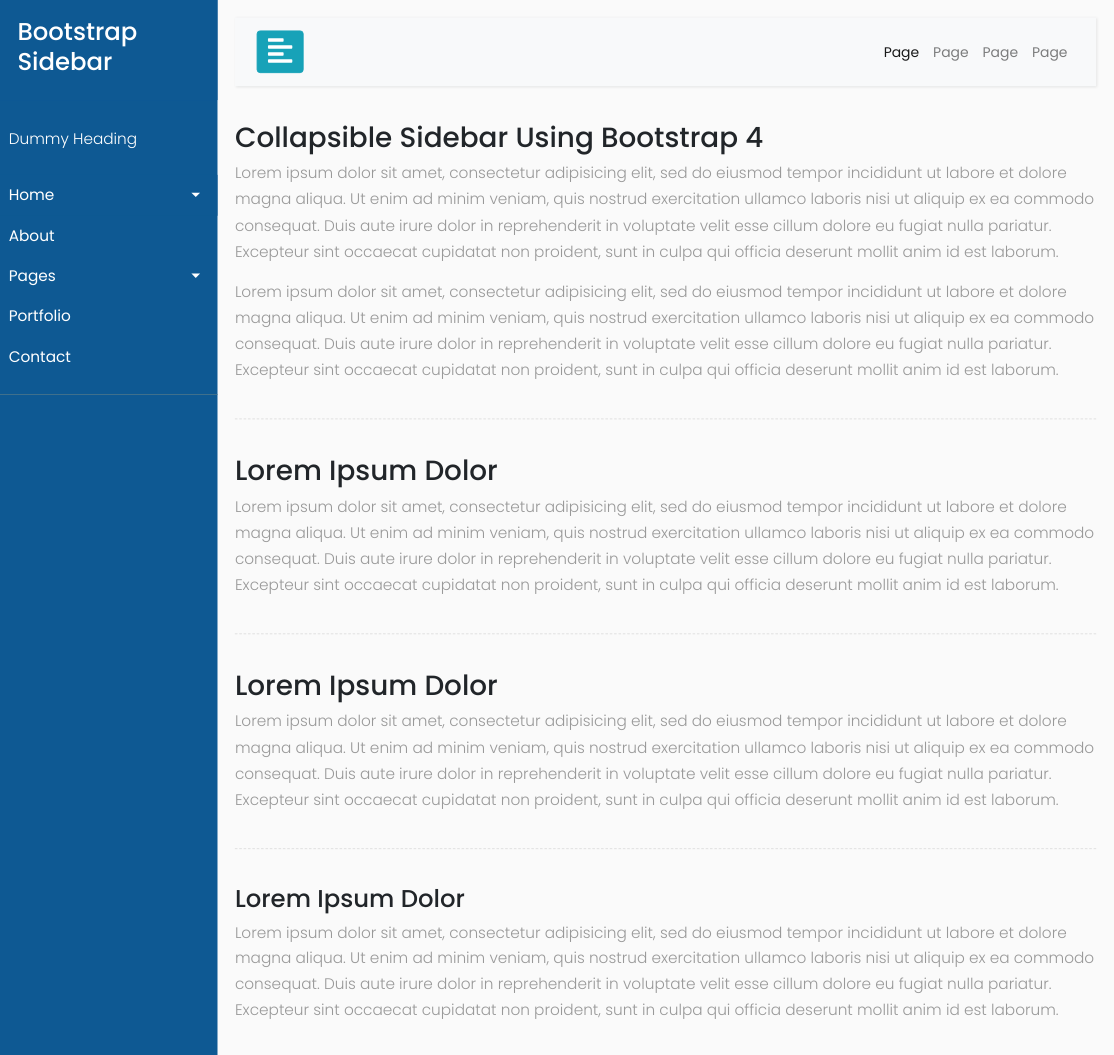
Repository: thiagosfideles/aprendendo-git
Page: http://localhost/
The author's editor kept a record of every edit. The page is drawn from the files as they stood at one moment, then again after the next edit.
The browser window is 1280 px wide. The pictures show the whole page, at 87% of full size.
Some web libraries are served in a nearby version. The page is run by PHP 8.4 with error messages shown; the project is at /var/www/html/.

Above is the page before.

After the next edit:
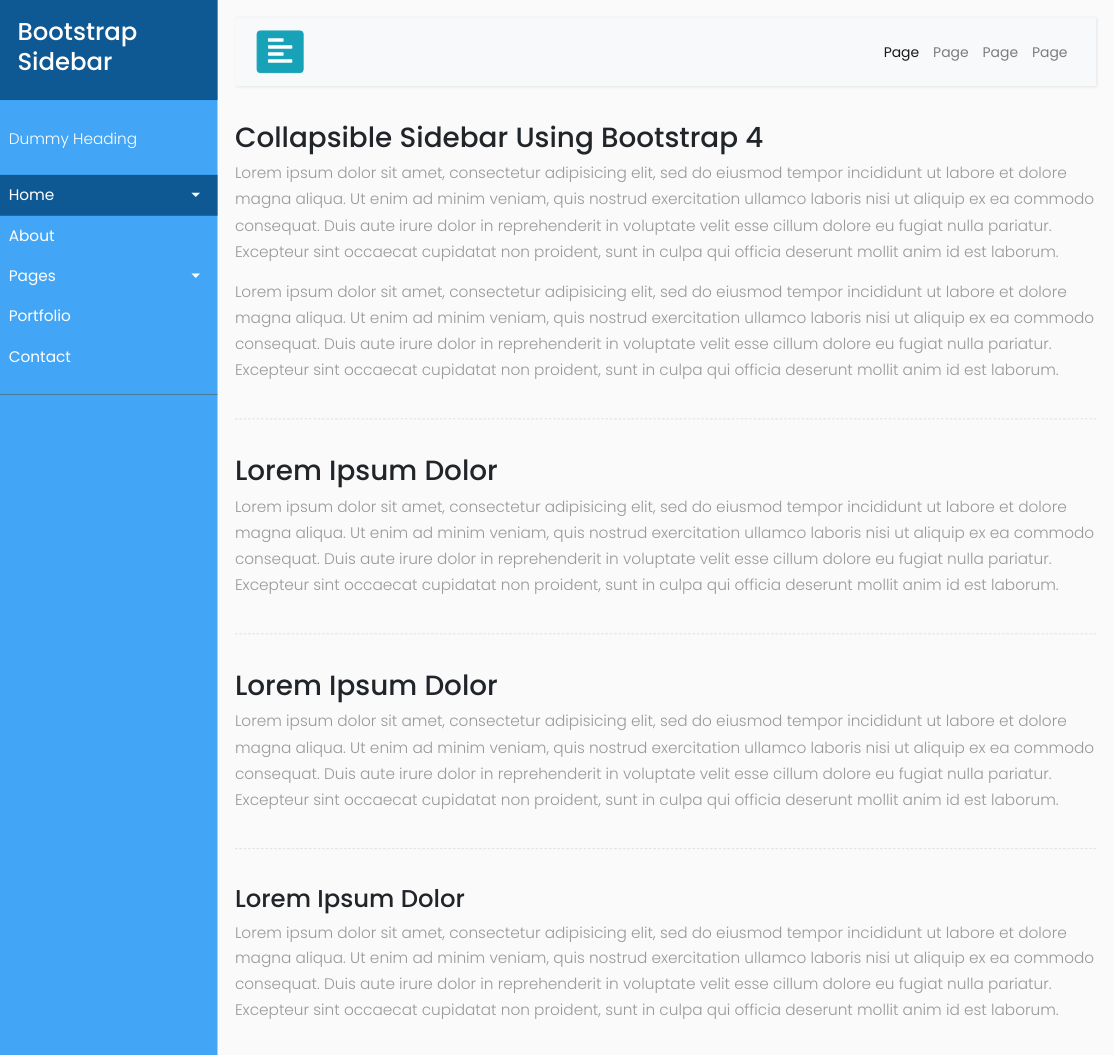
The edit:
--- a/css/style.css
+++ b/css/style.css
@@ -59,7 +59,7 @@
 #sidebar {
     min-width: 250px;
     max-width: 250px;
-    background: #0E5993;
+    background: #42a5f5;
     color: #fff;
     transition: all 0.3s;
 }
